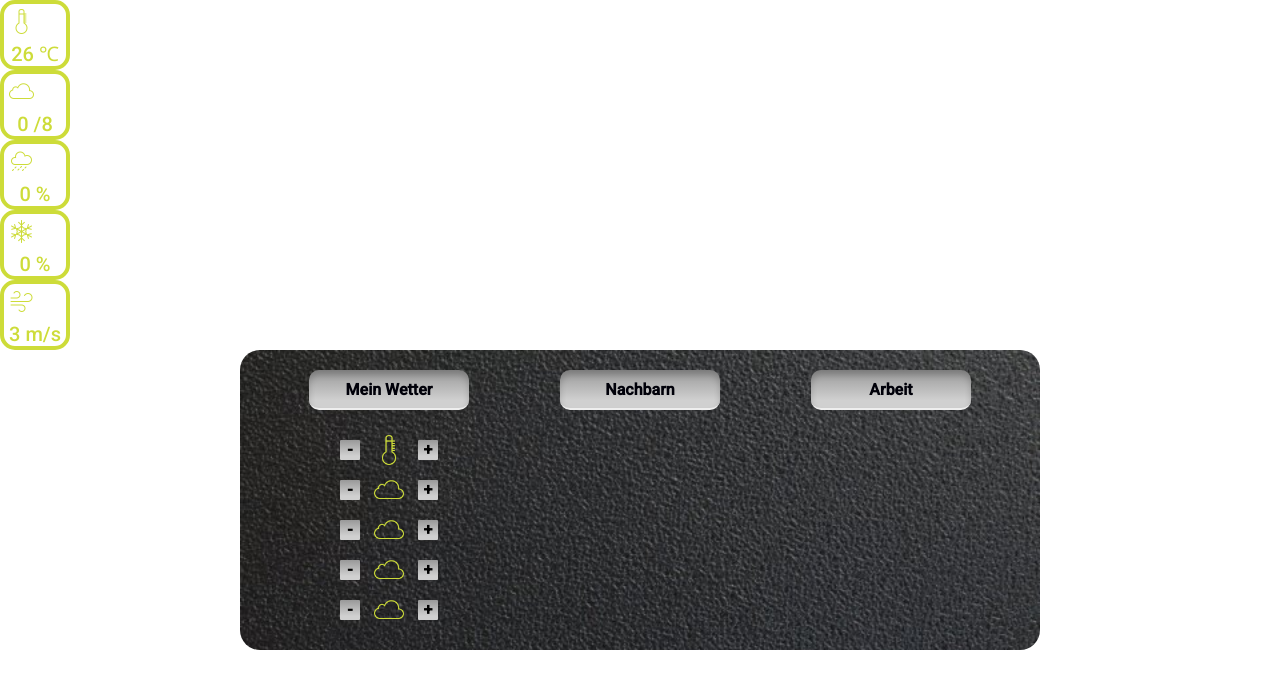
Repository: NadiaSchmitz/wetter.githab.io
Page: index.html
The author's editor kept a record of every edit. The page is drawn from the files as they stood at one moment, then again after the next edit.
The browser window is 1280 px wide. The pictures show the whole page.

Above is the page before.
Not found: styles/background1.css
Not found: styles/background2.css
Not found: styles/background3.css

### index.html
<!DOCTYPE html>
<html>

<head>
  <meta charset="utf-8" />
  <title>Das Wetter</title>
  <link rel="stylesheet" href="./styles/reset.css" type="text/css" />
  <link rel="stylesheet" href="./styles/style.css" type="text/css" />
  <link rel="stylesheet" href="./styles/icons.css" type="text/css" />
  <link rel="stylesheet" href="./styles/textur.css" type="text/css" />
  <link rel="stylesheet" href="./styles/background1.css" type="text/css" />
  <link rel="stylesheet" href="./styles/background2.css" type="text/css" />
  <link rel="stylesheet" href="./styles/background3.css" type="text/css" />
  <meta name="viewport" content="width=device-width, initial-scale=1.0">
  <link rel="preconnect" href="https://fonts.googleapis.com">
  <link rel="preconnect" href="https://fonts.gstatic.com" crossorigin>
  <link href="https://fonts.googleapis.com/css2?family=Roboto:wght@500&display=swap" rel="stylesheet">
  <link rel="shortcut icon" href="images/favicon.png" type="image/x-icon">
  <script src="https://ajax.googleapis.com/ajax/libs/jquery/2.2.0/jquery.min.js"></script>

</head>

<body>
  <section class="wrapper">
    <section class="inner_wrapper">
      <div id="weather" class="main_layout_my_weather">
        <div id="layout_1" class="layout1_my_weather"></div>
        <div class="status_wrapper">
          <div class="status status_temperature">
            <div class="status_value status_temperature_value">
              <span>26</span>
              <span class="celsius">&#8451;</span>
            </div>
          </div>
          <div class="status status_clouds">
            <div class="status_value status_clouds_value">
              <span>0</span>
              <span>/8</span>
            </div>
          </div>
          <div class="status status_rain">
            <div class="status_value status_rain_value">
              <span>0</span>
              <span>%</span>
            </div>
          </div>
          <div class="status status_snow">
            <div class="status_value status_snow_value">
              <span>0</span>
              <span>%</span>
            </div>
          </div>
          <div class="status status_wind">
            <div class="status_value status_wind_value">
              <span>3</span>
              <span>m/s</span>
            </div>
          </div>
        </div>
      </div>
      <div class="control">
        <div class="control_keyboard">
          <div class="control_keyboard_section">
            <div class="weather_button_wrapper">
              <span id="myWeather" class="weather_button">Mein Wetter</span>
            </div>
            <div class="control_keyboard_content">
              <div class="control_keyboard_content_item">
                <span class="control_button temperatur_minus">-</span>
                <span class="control_weather temperatur_value"></span>
                <span class="control_button temperatur_plus">+</span>
              </div>
              <div class="control_keyboard_content_item">
                <span class="control_button clouds_minus">-</span>
                <span class="control_weather clouds_value"></span>
                <span class="control_button clouds_plus">+</span>
              </div>
              <div class="control_keyboard_content_item">
                <span class="control_button clouds_minus">-</span>
                <span class="control_weather clouds_value"></span>
                <span class="control_button clouds_plus">+</span>
              </div>
              <div class="control_keyboard_content_item">
                <span class="control_button clouds_minus">-</span>
                <span class="control_weather clouds_value"></span>
                <span class="control_button clouds_plus">+</span>
              </div>
              <div class="control_keyboard_content_item">
                <span class="control_button clouds_minus">-</span>
                <span class="control_weather clouds_value"></span>
                <span class="control_button clouds_plus">+</span>
              </div>
            </div>
          </div>
          <div class="control_keyboard_section">
            <div class="weather_button_wrapper">
              <span id="nachbarnWeather" class="weather_button">Nachbarn</span>
            </div>
          </div>
          <div class="control_keyboard_section">
            <div class="weather_button_wrapper">
              <span id="arbeitWeather" class="weather_button">Arbeit</span>
            </div>
          </div>
        </div>
      </div>
    </section>
  </section>
  <script type="text/javascript" src="./js/weather.js"></script>
  <script type="text/javascript" src="./js/general.js"></script>
</body>

</html>

### styles/reset.css
html, body, div, span, applet, object, iframe,
h1, h2, h3, h4, h5, h6, p, blockquote, pre,
a, abbr, acronym, address, big, cite, code,
del, dfn, em, img, ins, kbd, q, s, samp,
small, strike, strong, sub, sup, tt, var,
b, u, i, center,
dl, dt, dd, ol, ul, li,
fieldset, form, label, legend,
table, caption, tbody, tfoot, thead, tr, th, td,
article, aside, canvas, details, embed,
figure, figcaption, footer, header, hgroup,
menu, nav, output, ruby, section, summary,
time, mark, audio, video {
	margin: 0;
	padding: 0;
	box-sizing: border-box;
	border: 0;
	font-size: 100%;
	font: inherit;
	vertical-align: baseline;
}
/* HTML5 display-role reset for older browsers */
article, aside, details, figcaption, figure,
footer, header, hgroup, menu, nav, section {
	display: block;
}
body {
	line-height: 1;
}
ol, ul {
	list-style: none;
}
blockquote, q {
	quotes: none;
}
blockquote:before, blockquote:after,
q:before, q:after {
	content: '';
	content: none;
}
table {
	border-collapse: collapse;
	border-spacing: 0;
}

### styles/style.css
.inner_wrapper {
  font-family: 'Roboto', sans-serif;
}

.weather {
  position: relative;
  width: 800px;
  height: 533px;
  background-image: url(../images/palm.jpg);
  background-size: cover;
  background-repeat: no-repeat;
  background-position: 50%;
  margin: 50px auto 20px;
}

.layout {
  position: absolute;
  top: 0;
  bottom: 0;
  left: 0;
  right: 0;
  background-image: url(../images/sunshine.png);
  background-size: cover;
  background-position: 40% 0;
}

.status {
  position: relative;
  width: 70px;
  height: 70px;
  border-radius: 15px;
  border-width: 3px;
  border: 4px solid #cddc39;
  background-size: 25px;
  background-position: 5px 5px;
  background-repeat: no-repeat;
}

.status_value {
  font-size: 20px;
  line-height: 40px;
  text-align: center;
  color: #cddc39;
  margin: 30px 0 0 0;
}

.control {

}

.control_keyboard {
  width: 800px;
  height: 300px;
  background-color: #3a3939;
  background-size: cover;
  border-radius: 20px;
  text-align: center;
  margin: 0 auto;
  padding: 20px;
}

.control_keyboard_section {
  display: inline-block;
  vertical-align: top;
  width: 32.5%;
  padding: 0 10px 0 10px;
}

.weather_button_wrapper {
  margin: 0 0 30px 0;
}

.weather_button {
  width: 160px;
  height: 40px;
  border-bottom: 2px solid #eee;
  box-shadow: inset rgba(0,0,0,0.2) 0px 5px 6px;
  display: block;
  font-size: 16px;
  line-height: 40px;
  color: #000009;
  font-weight: 700;
  text-align: center;
  text-decoration: none;
  background-image: -webkit-linear-gradient(top, #999, #d0d0d0 80%);
  background-image: -moz-linear-gradient(top, #999, #d0d0d0 80%);
  background-image: -ms-linear-gradient(top, #999, #d0d0d0 80%);
  background-image: -o-linear-gradient(top, #999, #d0d0d0 80%);
  background-image: linear-gradient(top, #999, #d0d0d0 80%);
  -moz-border-radius: 10px;
  -webkit-border-radius: 10px;
  border-radius: 10px;
  -webkit-transition: all .1s ease-in;
  -moz-transition: all .1s ease-in;
  -ms-transition: all .1s ease-in;
  -o-transition: all .1s ease-in;
  transition: all .1s ease-in;
  cursor: pointer;
  margin: 0 auto;
}

.weather_button:hover {
  -webkit-box-shadow: rgba(0,0,0,.4) 0 3px 8px;
  -moz-box-shadow: rgba(0,0,0,.4) 0 3px 8px;
  box-shadow: rgba(0,0,0,.4) 0 3px 8px;
}

.weather_button:active {
  color: #777;
  border-bottom: 1px solid #fff;
  -webkit-box-shadow: inset rgba(0,0,0,.5) 0px 5px 10px;
  -moz-box-shadow: inset rgba(0,0,0,.5) 0px 5px 10px;
  box-shadow: inset rgba(0,0,0,.5) 0px 5px 10px;
}

.control_keyboard_content_item {
  margin: 0 0 15px 0;
}

.control_button {
  display: inline-block;
  vertical-align: top;
  width: 20px;
  height: 20px;
  font-size: 16px;
  line-height: 20px;
  font-weight: 700;
  text-align: center;
  background-image: -webkit-linear-gradient(top, #999, #d0d0d0 80%);
  background-image: -moz-linear-gradient(top, #999, #d0d0d0 80%);
  background-image: -ms-linear-gradient(top, #999, #d0d0d0 80%);
  background-image: -o-linear-gradient(top, #999, #d0d0d0 80%);
  background-image: linear-gradient(top, #999, #d0d0d0 80%);
  -moz-border-radius: 1px;
  -webkit-border-radius: 1px;
  border-radius: 1px;
  -webkit-transition: all .1s ease-in;
  -moz-transition: all .1s ease-in;
  -ms-transition: all .1s ease-in;
  -o-transition: all .1s ease-in;
  transition: all .1s ease-in;
}

.control_weather {
  display: inline-block;
  vertical-align: top;
  width: 30px;
  height: 30px;
  background-position: 50%;
  background-size: cover;
  margin: -5px 10px 0 10px;
}

### js/weather.js
var weatherArray = [];
weatherArray = [
  {
    weatherOwner: "myWeather",
    temperaturUnderLimit: 25,
    temperaturStandart: 26,
    temperaturUpperLimit: 27,
    cloudsUnderLimit: 0,
    cloudsStandart: 0,
    cloudsUpperLimit: 1,
    rainUnderLimit: 0,
    rainStandart: 0,
    rainUpperLimit: 5,
    snowUnderLimit: 0,
    snowStandart: 0,
    snowUpperLimit: 0,
    windUnderLimit: 3,
    windStandart: 3,
    windUpperLimit: 5,
    mainLayout: "",
    layout1: "",
    layout2: ""
  },

  {
    weatherOwner: "nachbarnWeather",
    temperaturUnderLimit: 3,
    temperaturStandart: 5,
    temperaturUpperLimit: 8,
    cloudsUnderLimit: 7,
    cloudsStandart: 8,
    cloudsUpperLimit: 9,
    rainUnderLimit: 80,
    rainStandart: 90,
    rainUpperLimit: 100,
    snowUnderLimit: 0,
    snowStandart: 0,
    snowUpperLimit: 0,
    windUnderLimit: 20,
    windStandart: 30,
    windUpperLimit: 40,
    mainLayout: "",
    layout1: "",
    layout2: ""
  },

  {
    weatherOwner: "arbeitWeather",
    temperaturUnderLimit: -10,
    temperaturStandart: -20,
    temperaturUpperLimit: -30,
    cloudsUnderLimit: 3,
    cloudsStandart: 4,
    cloudsUpperLimit: 5,
    rainUnderLimit: 0,
    rainStandart: 0,
    rainUpperLimit: 100,
    snowUnderLimit: 0,
    snowStandart: 0,
    snowUpperLimit: 0,
    windUnderLimit: 20,
    windStandart: 30,
    windUpperLimit: 40,
    mainLayout: "",
    layout1: "",
    layout2: ""
  },
]

### js/general.js
$(document).ready(function() {
    var widthScreen = $(window).width() - 700;
    var heightScreen = widthScreen / 1.5;

    var screenRatio = widthScreen / heightScreen;

    console.log(widthScreen);
    console.log(heightScreen);
    console.log(screenRatio);

    $(".weather").css("width", widthScreen);
    $(".weather").css("height", heightScreen);
})

Loaded but not shown: styles/icons.css (library); styles/textur.css (library)

After the next edit:
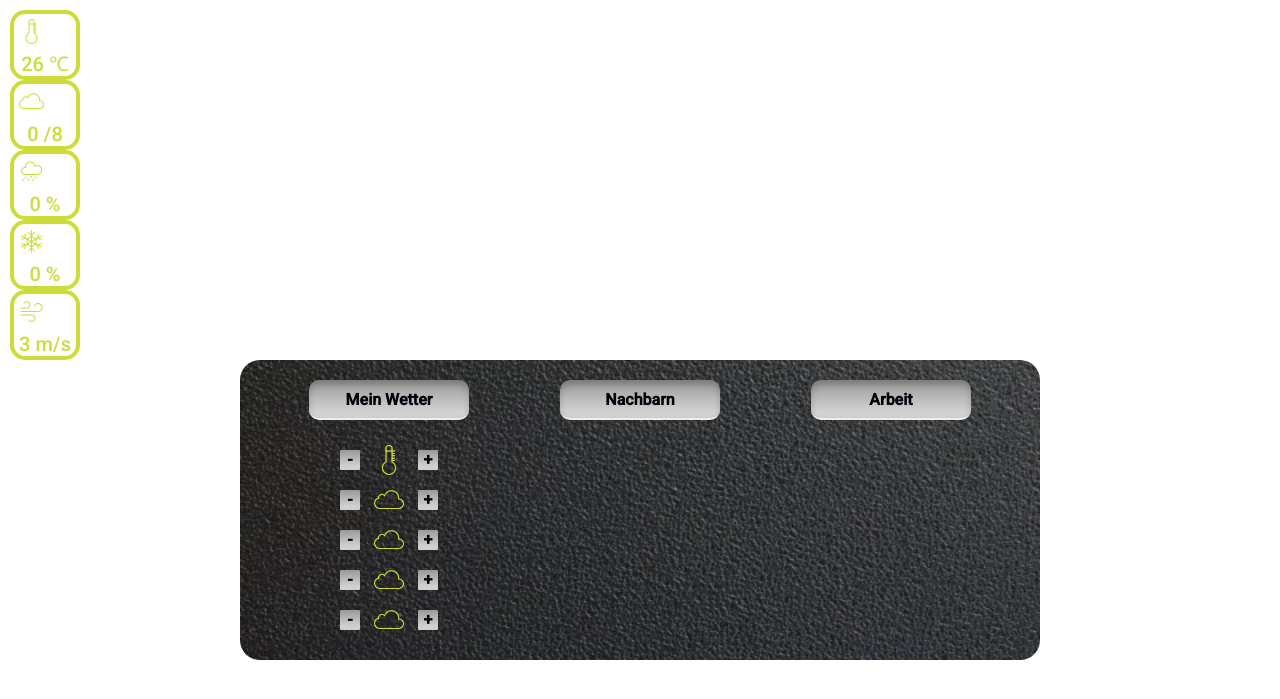
The edit:
--- a/styles/style.css
+++ b/styles/style.css
@@ -22,6 +22,10 @@
   background-image: url(../images/sunshine.png);
   background-size: cover;
   background-position: 40% 0;
+}
+
+.status_wrapper {
+  margin: 10px 0 0 10px;
 }
 
 .status {
